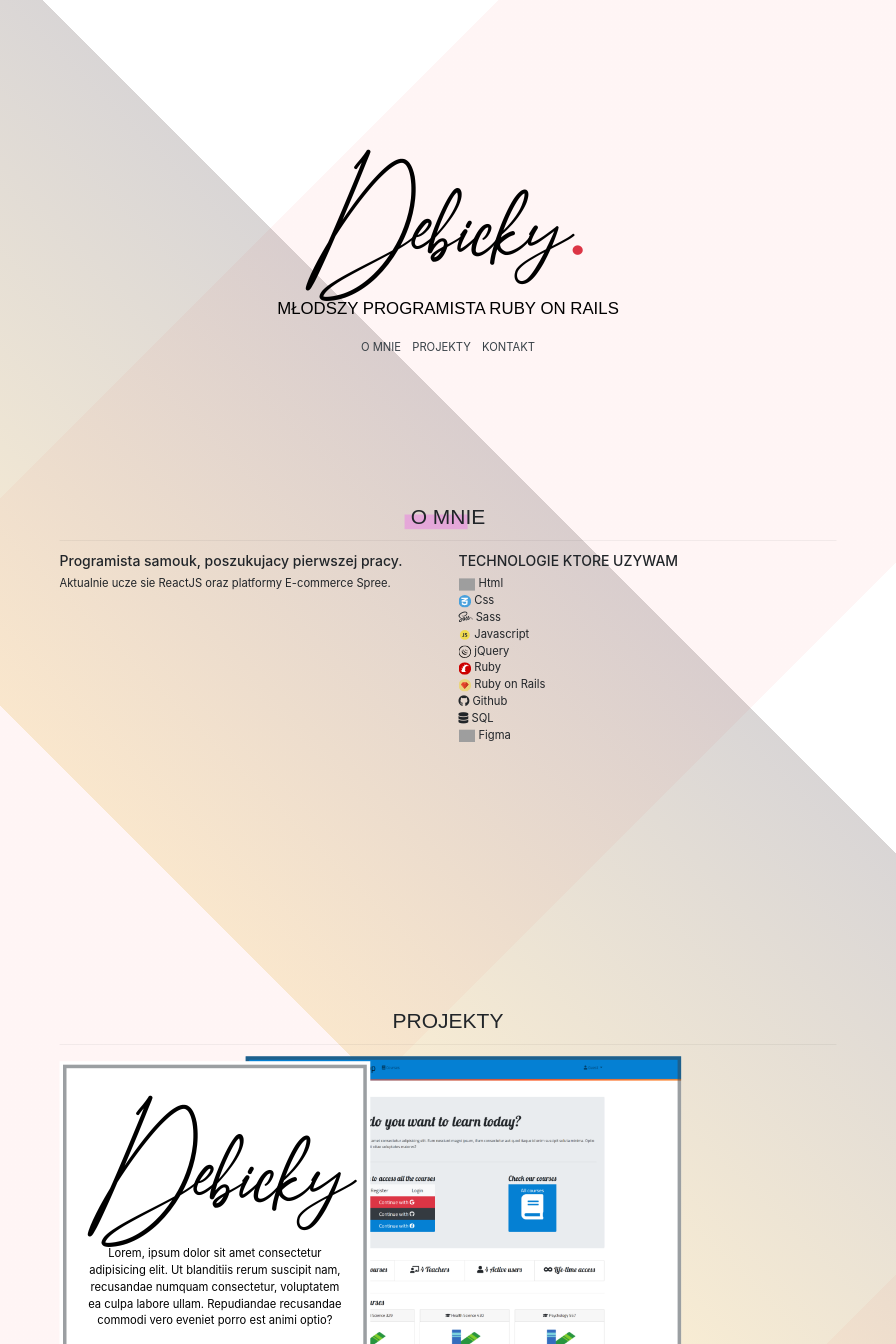
Repository: debicky/debicky.github.io
Page: index.html
These files come from the project's save history. The page is drawn as it stood at one moment and after the next save; the edit follows.
The browser window is 1280 px wide. The pictures show the part of the page from y = 0 to 1920 px (the page is 3803 px tall before and 3360 px after), at 70% of full size.
Pictures or frames that could not be fetched are drawn as grey boxes. Some web fonts or font styles are not loaded; a fallback is used. Some web libraries are served in a nearby version.

Above is the page before, as saved 2020-06-14 15:52:21.

### index.html
<!DOCTYPE html>
<html lang="en">
<head>
  <meta charset="UTF-8">
  <meta name="viewport" content="width=device-width, initial-scale=1.0">
  <title>Debicky</title>
  <link rel="stylesheet" href="https://stackpath.bootstrapcdn.com/bootstrap/4.5.0/css/bootstrap.min.css" integrity="sha384-9aIt2nRpC12Uk9gS9baDl411NQApFmC26EwAOH8WgZl5MYYxFfc+NcPb1dKGj7Sk" crossorigin="anonymous">
  <link rel="stylesheet" href="https://cdnjs.cloudflare.com/ajax/libs/font-awesome/5.11.2/css/all.min.css">
  <link rel="stylesheet" href="styles.css">
  <link rel="stylesheet" href="https://unpkg.com/aos@next/dist/aos.css" />

</head>
<body>


  <header>
    <div class="signature" data-aos="fade-in" data-aos-duration="2000">
      <h5 class="signature-heading ">Debicky<span class="text-danger font-weight-bolder">.</span></h5>
      <h3 class="signature-subheading">Młodszy Programista Ruby on Rails</h3>
    </div>

    <div class="container">
      <nav class="navbar navbar-expand-md p-0 rounded" data-aos="fade-in" data-aos-duration="3000">
        <button class="navbar-toggler" type="button" data-toggle="collapse" data-target="#navbarSupportedContent" aria-controls="navbarSupportedContent" aria-expanded="false" aria-label="Toggle navigation">
          <i class="fas fa-bars"></i>
          <i class="fas fa-times"></i>
        </button>

        <div class="collapse navbar-collapse d-md-flex justify-content-center" id="navbarSupportedContent">
          <ul class="navbar-nav">
            <li class="nav-item">
              <a class="nav-link" href="#about">O mnie</a>
            </li>
            <li class="nav-item">
              <a class="nav-link" href="#projects">Projekty</a>
            </li>
            <li class="nav-item">
              <a class="nav-link" href="#contact">Kontakt</a>
            </li>
          </ul>
        </div>
      </nav>
    </div>
  </header>

  <section class="about" id="about">
    <div class="container">
      <h1 class="text-center">O mnie</h1>
      <hr>

      <div class="row">
        <div class="col-12 col-md-6 col-lg-6 mb-5 mb-md-0">
          <h5>
            Programista samouk, poszukujacy pierwszej pracy.
          </h5>
          Aktualnie ucze sie ReactJS oraz platformy E-commerce Spree.
        </div>
        <div class="col-12 col-md-6 col-lg-6 mb-5 mb-md-0">
          <h5 class="text-uppercase">Technologie ktore uzywam</h5>
            <ul class="list-unstyled">
              <li>
                <img src="/images/icons/html.svg" alt=""> Html
              </li>
              <li>
                <img src="/images/icons/css.svg" alt=""> Css
              </li>
              <li>
                <i class="fab fa-sass"></i> Sass
              </li>
              <li>
                <img src="/images/icons/js.svg" alt=""> Javascript
              </li>
              <li>
                <img src="/images/icons/jquery.svg" alt=""> jQuery
              </li>
              <li>
                <img src="/images/icons/ror.svg" alt=""> Ruby
              </li>
              <li>
                <img src="/images/icons/ruby.svg" alt=""> Ruby on Rails
              </li>
              <li>
                <i class="fab fa-github"></i> Github
              </li>
              <li>
                <i class="fas fa-database"></i> SQL
              </li>
              <li>
                <img src="/images/icons/figma.svg" alt=""> Figma
              </li>

            </ul>
        </div>
        </div>
      </div>

    </div>
  </section>




  <section class="projects" id="projects">
    <div class="container">
      <h1 class="text-center">Projekty</h1>
      <hr>

      <div class="project-1">
        <div class="about-content">
          <div class="about-description">
            <div class="signature">
              <h5 class="signature-heading">Debicky</h5>
              <p>Lorem, ipsum dolor sit amet consectetur adipisicing elit. Ut blanditiis rerum suscipit nam, recusandae numquam consectetur, voluptatem ea culpa labore ullam. Repudiandae recusandae commodi vero eveniet porro est animi optio?</p>
            </div>
          </div>
          <div class="about-image">
            <a href="/images/1.jpeg">
              <img src="/images/course.png" alt="img1">
            </a>
          </div>
        </div>
      </div>
      <div class="project-1">
        <div class="about-content">
          <div class="about-description">
            <div class="signature">
              <h5 class="signature-heading">Debicky</h5>
              <p>Lorem, ipsum dolor sit amet consectetur adipisicing elit. Ut blanditiis rerum suscipit nam, recusandae numquam consectetur, voluptatem ea culpa labore ullam. Repudiandae recusandae commodi vero eveniet porro est animi optio?</p>
            </div>
          </div>
          <div class="about-image">
            <a href="/images/1.jpeg">
              <img src="/images/blog.png" alt="img1">
            </a>
          </div>
        </div>
      </div>
      <div class="project-1">
        <div class="about-content">
          <div class="about-description">
            <div class="signature">
              <h5 class="signature-heading">Debicky</h5>
              <p>Lorem, ipsum dolor sit amet consectetur adipisicing elit. Ut blanditiis rerum suscipit nam, recusandae numquam consectetur, voluptatem ea culpa labore ullam. Repudiandae recusandae commodi vero eveniet porro est animi optio?</p>
            </div>
          </div>
          <div class="about-image">
            <a href="/images/1.jpeg">
              <img src="/images/shop.png" alt="img1">
            </a>
          </div>
        </div>
      </div>

    </div>
  </section>

  <section class="contact" id="contact">
    <div class="container">
      <h1 class="text-center">Kontakt</h1>
      <hr>

      <div class="row">
        <div class="col-12 col-md-6 col-lg-6 mb-5 mb-md-0">
          <div class="jumbotron">
            Potrzebujesz wiecej informacji?
            Wyslij mi wiadomosc e-mail lub skontaktuj sie przez Messenger!
          </div>
        </div>
        <div class="col-12 col-md-6 col-lg-6 mb-5 mb-md-0">
          <div class="jumbotron">SECOND</div>
        </div>
      </div>
    </div>
  </section>


  <div class="up" id="up">
    <i class="fas fa-chevron-up"></i>
  </div>
  <footer class="py-5" id="footer">
    <div class="container">
      <div class="row">
        <div class="col-12 col-md-5 col-lg-4 mb-5 mb-md-0">
          <div class="signature-footer">
            <h5 class="signature-footer-heading">Debicky<span class="text-danger font-weight-bolder">.</span></h5>
            <h3 class="signature-footer-subheading">Programista Ruby on Rails</h3>
          </div>
          <small class="d-block mt-2 text-muted">&copy; 2020</small>
        </div>
        <div class="col-12 col-md-5 col-lg-4 mb-5">
          <h5 class="text-uppercase">Media</h5>
            <ul class="list-unstyled mb-0">
              <li>
                <a href="https://www.facebook.com/artur.debicki.5" class="text-muted"><i class="fab fa-facebook"></i> Facebook</a>
              </li>
              <li>
                <a href="https://www.instagram.com/debicky" class="text-muted"><i class="fab fa-instagram"></i> Instagram</a>
              </li>
              <li>
                <a href="https://github.com/debicky" class="text-muted"><i class="fab fa-github"></i> Github</a>
              </li>
            </ul>
        </div>
        <div class="col-12 col-md-5 col-lg-4">
          <h5 class="text-uppercase">Kontakt</h5>
            <ul class="list-unstyled mb-0">
              <li>
                <a href="mailto:arturd444@gmail.com" class="text-muted"><i class="fas fa-envelope"></i> arturd444@gmail.com</a>
              </li>
              <li>
                <p class="text-muted"><i class="fa fa-phone"></i> +48 692 138 221</p>
              </li>
            </ul>
        </div>
      </div>
    </div>
  </footer>



  <script src="https://code.jquery.com/jquery-3.5.0.min.js" crossorigin="anonymous"></script>
  <script src="https://cdn.jsdelivr.net/npm/popper.js@1.16.0/dist/umd/popper.min.js" integrity="sha384-Q6E9RHvbIyZFJoft+2mJbHaEWldlvI9IOYy5n3zV9zzTtmI3UksdQRVvoxMfooAo" crossorigin="anonymous"></script>
  <script src="https://stackpath.bootstrapcdn.com/bootstrap/4.5.0/js/bootstrap.min.js" integrity="sha384-OgVRvuATP1z7JjHLkuOU7Xw704+h835Lr+6QL9UvYjZE3Ipu6Tp75j7Bh/kR0JKI" crossorigin="anonymous"></script>
  <script src="https://unpkg.com/aos@next/dist/aos.js"></script>
  <script src="script.js"></script>

</body>
</html>

### styles.css
@import url('https://fonts.googleapis.com/css?family=Playfair+Display+SC|Roboto:300,400&display=swap');

@font-face {
  font-family: "AmostelySignature";
  src: url("/fonts/AmostelySignature.ttf");
  }


* {
  margin: 0;
  padding: 0;
  box-sizing: border-box;
}

body {
  background-image: linear-gradient(45deg, transparent 0%, transparent 55%,rgba(238, 202, 125, 0.336) 55%, rgba(83, 67, 67, 0.219) 76%,transparent 76%, transparent 100%),linear-gradient(135deg, transparent 0%, transparent 14%,rgba(255,1,1, 0.04) 14%, rgba(255,1,1, 0.04) 41%,transparent 41%, transparent 100%),linear-gradient(45deg, transparent 0%, transparent 2%,rgba(255,1,1, 0.04) 2%, rgba(255,1,1, 0.04) 18%,transparent 18%, transparent 100%),linear-gradient(135deg, transparent 0%, transparent 61%,rgba(255,1,1, 0.04) 61%, rgba(255,1,1, 0.04) 71%,transparent 71%, transparent 100%),linear-gradient(90deg, rgb(255,255,255),rgb(255,255,255));
}

html {
  font-family: "Roboto", sans-serif;
}

a:hover {
  text-decoration: none;;
}

/* Heading */

header{
  height: 100vh;
  width: 100%;
  display: flex;
  flex-direction: column;
  align-items: center;
  justify-content: center;

}

.signature{
  color: black;
  text-align: center;
  user-select: none;
}

.signature-heading{
  font-family: 'AmostelySignature', cursive;
  font-size: 10rem;
  margin-bottom: 30px;
}

.signature-subheading{
  font-family: 'Playfair Display SC', sans-serif;
  font-size: 1.5rem;
  text-transform: uppercase;
  margin-bottom: 20px;
}

/* Navbar */

.navbar{
  background-color: #384147;
}

.navbar-toggler i{
  color: #fff;
  font-size: 1.2rem;
}

.navbar-toggler .fa-times{
  display: none;
}

.navbar-toggler.menu-open  .fa-bars{
  display: none;
}

.navbar-toggler.menu-open  .fa-times{
  display: block;
}

.navbar-nav{
  padding: 20px;
}

.nav-link{
  color: #fff;
  text-transform: uppercase;
  transition: opacity .5s;
  font-size: 1rem;
}

.nav-link:hover{
  color: maroon;
}

/* About */

.about{
  height: 100vh;
}

.about h1 {
  position: relative;
  z-index: 1;
}

.about h1::before {
  content: ' ';
  position: absolute;
  width: 3em;
  background: #ec52ec57;
  height: .7em;
  bottom: 0;
  z-index: -1;
  margin-left: -.3em;
}

.about img{
height: 18px;
}

.about-description{
  width: 100%;
  background-color: #fff;
  padding: 40px;
  outline: 5px solid rgba(56, 65, 71, 0.5);
  outline-offset: -5px;
  order: 1;
  margin-top: 5px;
}

.about-image{
  order: 2;
}

.about-image img{
  outline: 5px solid rgba(56, 65, 71, 0.5);
  outline-offset: -5px;
  width: 100%;
  height: auto;
  display: block;
}

.about-image a::after{
  font-family: 'Font Awesome 5 Free';
  content: "\f35d";
  font-weight: 600;
  position: absolute;
  top: 50%;
  left: 50%;
  transform: translate(-50%, -50%);
  color: maroon;
  font-size: 25px;
  z-index: 101;
  width: 70px;
  height: 70px;
  border: 3px solid maroon;
  border-radius: 100%;
  display: flex;
  align-items: center;
  justify-content: center;
  opacity: 0;
  transition: opacity .5s;
}

.about-image a:hover::after{
  opacity: .7;
}


/* Projects */

section h1{
  font-family: 'Playfair Display SC', sans-serif;
  font-size: 30px;
  text-transform: uppercase;
}





/* Contact */

.contact{
  height: 100vh;
}


.jumbotron{
  width: 100%;
  display: flex;
  align-items: center;
  justify-content: center;
}

/* Footer */


footer {
  background-color: #151515;
  color: #fff;
}

.signature-footer{
  color: #fff;
  user-select: none;
}

.signature-footer-heading{
  font-family: 'AmostelySignature', cursive;
  font-size: 50px;
  margin-bottom: 30px;
  color: #fff;
}

.signature-footer-subheading{
  font-family: 'Playfair Display SC', sans-serif;
  font-size: 12px;
  text-transform: uppercase;
  color: #fff;
}

footer h5{
  font-family: 'Playfair Display SC', sans-serif;

}


a.text-muted:hover{
  color: maroon !important;
}

.up{
  position: absolute;
  width: 5rem;
  height: 5rem;
  background-color: #fff;
  right: 5rem;
  border-radius: 100%;
  display: flex;
  animation: pulse 2.5s infinite;
  cursor: pointer;
}

.up i{
  color: #151515;
  font-size: 2rem;
  margin: auto;
}

@keyframes pulse {
  0%{
    box-shadow: 0 0 0 0 rgba(238, 202, 125, 0.99);
  }
  70%{
    box-shadow: 0 0 0 2rem rgba(238, 202, 125, 0);

  }
  100%{
    box-shadow: 0 0 0 0 rgba(238, 202, 125, 0);

  }
}

/* Responsive */

@media screen and (min-width: 768px) {
  .navbar{
    background-color: transparent;
  }
  .navbar-nav{
    padding: 0;
  }
  .nav-link{
    color: #384147;
  }

  nav:hover .nav-link:not(:hover){
    opacity: .5;
  }

  .about-content{
    position: relative;
    display: block;
  }

  .about-description{
    position: absolute;
    top: 80%;
    transform: translateY(-50%);
    width: 60%;
    outline-offset: -10px;
  }

  .about-image img{
    width: 70%;
    margin-left: auto;
  }
}

@media screen and (min-width: 1200px) {
  .about-description{
    top: 50%;
    width: 40%;
  }

  .about-image{
    width: 80%;
  }


}

### script.js
$(document).ready(function () {

  AOS.init();


  $('.navbar-toggler').on('click', function () {
    $(this).toggleClass('menu-open');
  })

  $('.navbar .nav-link').on('click', function () {
    $('.navbar-collapse').toggleClass('show')
    $('.navbar-toggler').removeClass('menu-open')
  });

  $('nav a[href*="#').on('click', function () {
    $('html, body').animate({
      scrollTop: $($(this).attr('href')).offset().top
    }, 900);
  });

  $('#up').on('click', function () {
    $('html, body').animate({
      scrollTop: 0
    }, 900);
  });






})

After the next save:
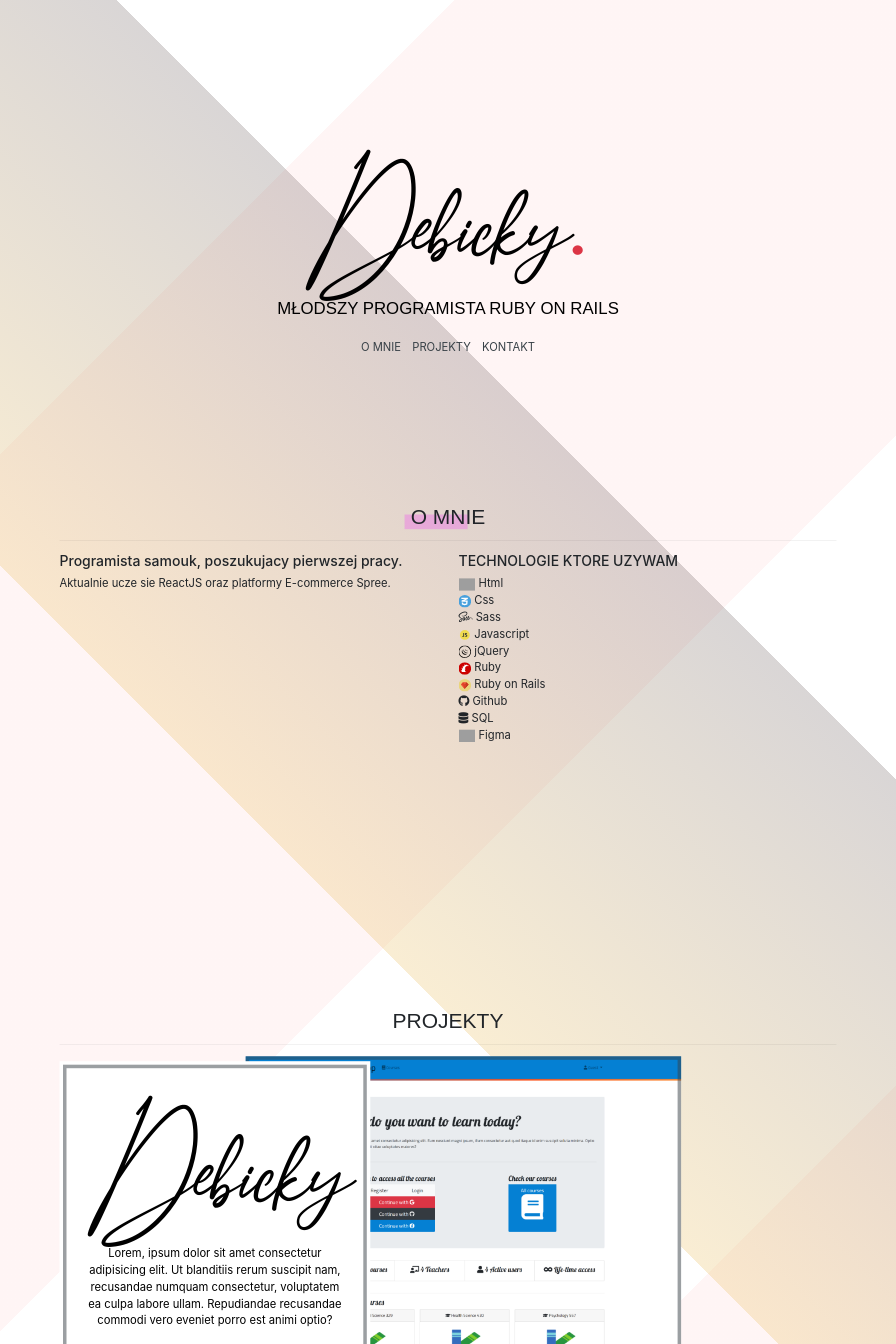
Saved 13 s later.
--- a/styles.css
+++ b/styles.css
@@ -176,6 +176,8 @@ section h1{
   text-transform: uppercase;
 }
 
+.project
+
 
 
 
